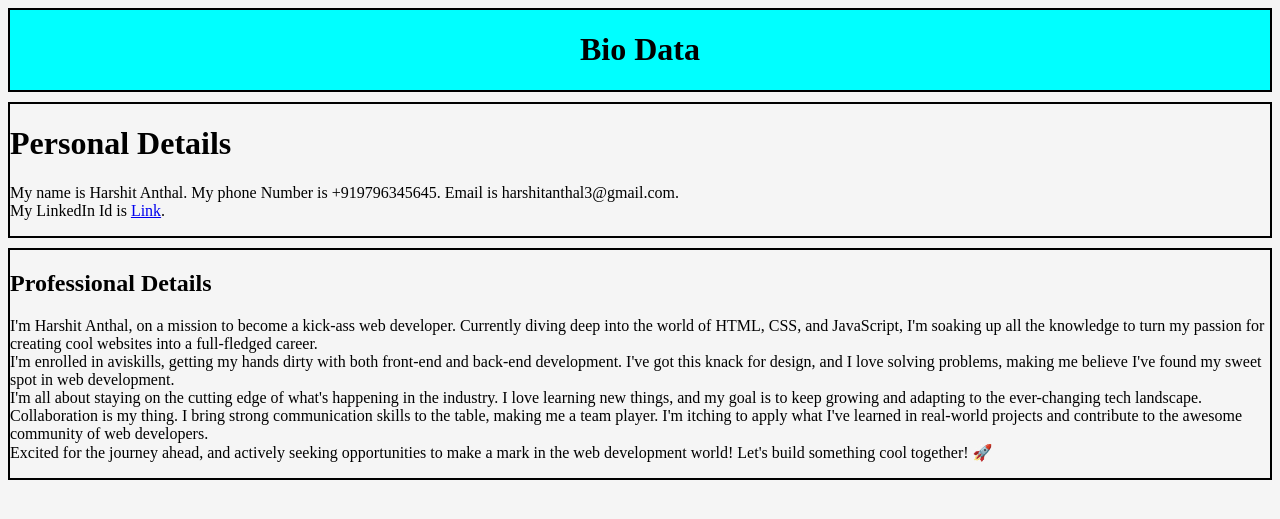
Repository: harshitanthal1/assignments_avisoft
Page: 31-01-2024/Assignment_1/index.html
An editor plug-in stored every save of this project. The page is shown before and after the next save, followed by the edit.
The browser window is 1280 px wide. The pictures show the whole page.

Above is the page before, as saved 2024-01-31 13:28:04.

### 31-01-2024/Assignment_1/index.html
<!DOCTYPE html>
<html lang="en">
<head>
    <meta charset="UTF-8">
    <meta name="viewport" content="width=device-width, initial-scale=1.0">
    <title>Bio Data</title>
    <link rel="stylesheet" href="styles/styles.css">
</head>
<body>
    <header>
        <h1>Bio Data</h1>
    </header>
    <main>
        <h1>Personal Details</h1>
        <p>
            My name is Harshit Anthal. My phone Number is +919796345645. Email  is harshitanthal3@gmail.com.<br />
            My LinkedIn Id is <a href="https://www.linkedin.com/in/harshit-anthal-688290253/">Link</a>.
        </p>
    </main>
    <div>
        <h2>Professional Details</h2>
        <p>
            I'm Harshit Anthal, on a mission to become a kick-ass web developer. Currently diving deep into the world of HTML, CSS, and JavaScript, I'm soaking up all the knowledge to turn my passion for creating cool websites into a full-fledged career.
            <br />

            I'm enrolled in aviskills, getting my hands dirty with both front-end and back-end development. I've got this knack for design, and I love solving problems, making me believe I've found my sweet spot in web development.
            <br />

            I'm all about staying on the cutting edge of what's happening in the industry. I love learning new things, and my goal is to keep growing and adapting to the ever-changing tech landscape.
            <br />

            Collaboration is my thing. I bring strong communication skills to the table, making me a team player. I'm itching to apply what I've learned in real-world projects and contribute to the awesome community of web developers.
            <br />

            Excited for the journey ahead, and actively seeking opportunities to make a mark in the web development world! Let's build something cool together! 🚀
        </p>

    </div>
</body>
</html>

### 31-01-2024/Assignment_1/styles/styles.css
body {
    background-color: whitesmoke;
}

header {
    border: 2px solid black;
    text-align: center;
    background-color: aqua;
}

main, div {
    border: 2px solid black;
    margin-bottom: 10px;
    margin-top: 10px;
    background-color :
}

After the next save:
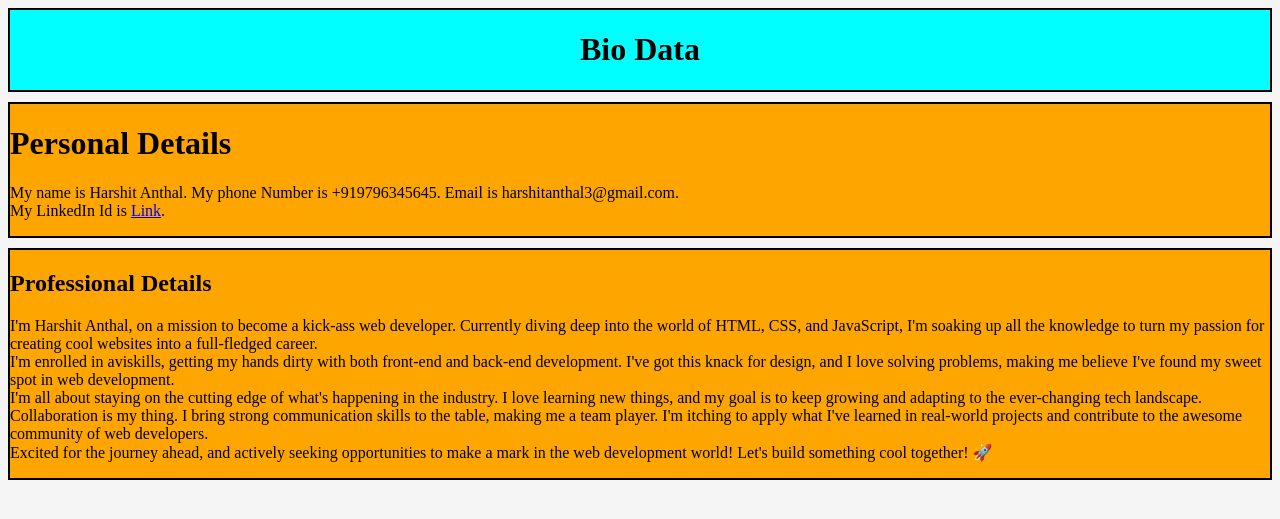
Saved 16 min 10 s later.
--- a/31-01-2024/Assignment_1/styles/styles.css
+++ b/31-01-2024/Assignment_1/styles/styles.css
@@ -12,5 +12,5 @@
     border: 2px solid black;
     margin-bottom: 10px;
     margin-top: 10px;
-    background-color :
+    background-color: orange;
 }
